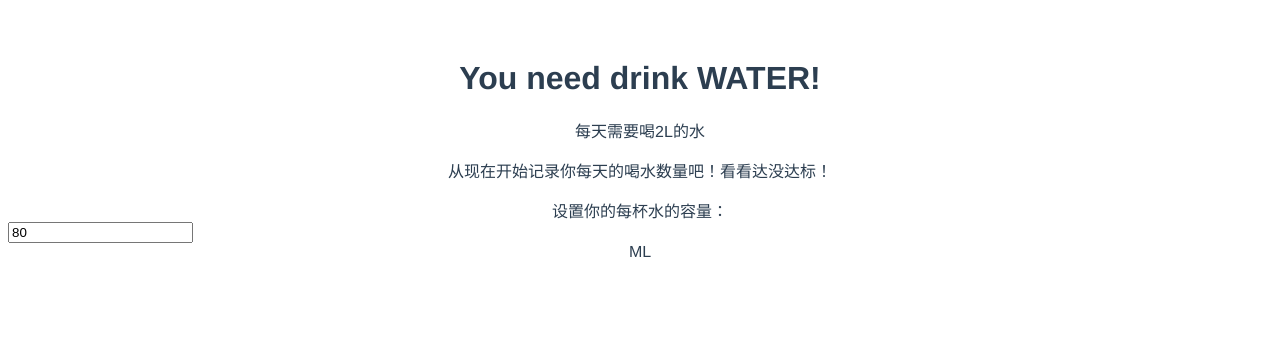
Repository: xuehebinglan/apps.xuehebinglan.com
Page: /drink-water
An editor plug-in stored every save of this project. The page is shown before and after the next save, followed by the edit.
The browser window is 1280 px wide. The pictures show the whole page.
The project was rebuilt for these pictures with package versions that can differ from the ones it lists, and the page was loaded fresh each time. Also part of the build but not shown: src/components/HomePage.vue.

Above is the page before, as saved 2018-06-20 16:23:05.

### index.html
<!DOCTYPE html>
<html>
  <head>
    <meta charset="utf-8">
    <meta name="viewport" content="width=device-width,initial-scale=1.0">
    <title>apps.xuehebinglan.com</title>
  </head>
  <body>
    <div id="app"></div>
    <!-- built files will be auto injected -->
  </body>
</html>

### src/main.js
// The Vue build version to load with the `import` command
// (runtime-only or standalone) has been set in webpack.base.conf with an alias.
import Vue from 'vue'
import { Button, Select, Input } from 'element-ui'
import App from './App'
import router from './router'

Vue.config.productionTip = false
Vue.use(Button)
Vue.use(Select)
Vue.use(Input)

/* eslint-disable no-new */
new Vue({
  el: '#app',
  router,
  components: { App },
  template: '<App/>'
})

### src/router/index.js
import Vue from 'vue'
import Router from 'vue-router'
import HomePage from '@/components/HomePage'
import DrinkWater from '@/components/DrinkWater'

Vue.use(Router)

export default new Router({
  mode: 'history',
  routes: [
    {
      path: '/',
      name: 'HomePage',
      component: HomePage
    },
    {
      path: '/drink-water',
      name: 'DrinkWater',
      component: DrinkWater
    }
  ]
})

### src/components/DrinkWater.vue
<template>
  <div class="drink-water-container">
    <h1>
      {{title}}
    </h1>
    <p>每天需要喝2L的水</p>
    <p>从现在开始记录你每天的喝水数量吧！看看达没达标！</p>
    <div class="cup-capacity">
      <span>设置你的每杯水的容量：</span>
      <el-input v-model="cupCapacity" placeholder="请输入内容" class="cup-capacity-number"></el-input>
      <span>ML</span>
    </div>
  </div>
</template>

<script>
export default {
  name: 'DrinkWater',
  data () {
    return {
      title: 'You need drink WATER!',
      cupCapacity: 80
    }
  }
}
</script>

<!-- Add "scoped" attribute to limit CSS to this component only -->
<style scoped lang="stylus">
.drink-water-container
  .cup-capacity
    .cup-capacity-number
      width 100px
</style>

Loaded but not shown: src/App.vue (common file)

After the next save:
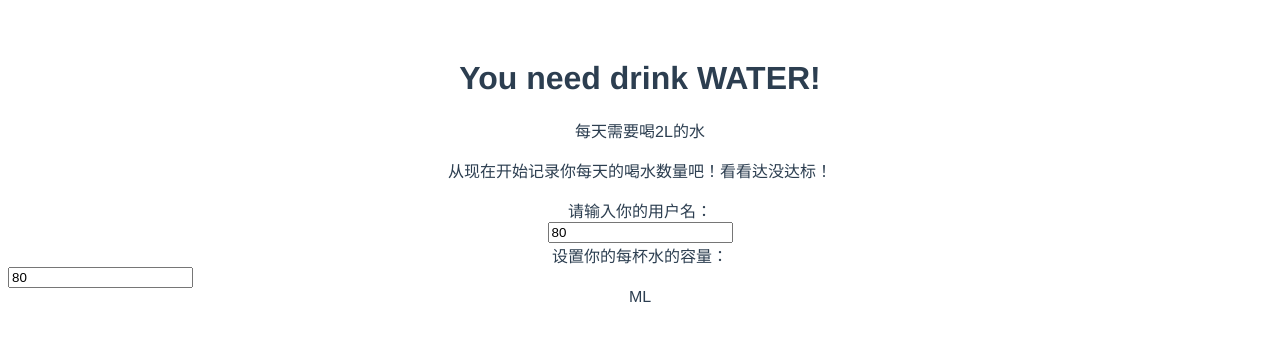
Saved 69 s later.
--- a/src/components/DrinkWater.vue
+++ b/src/components/DrinkWater.vue
@@ -5,6 +5,10 @@
     </h1>
     <p>每天需要喝2L的水</p>
     <p>从现在开始记录你每天的喝水数量吧！看看达没达标！</p>
+    <div class="user-name">
+      <span>请输入你的用户名：</span>
+      <el-input v-model="cupCapacity" placeholder="请输入内容" class="cup-capacity-number"></el-input>
+    </div>
     <div class="cup-capacity">
       <span>设置你的每杯水的容量：</span>
       <el-input v-model="cupCapacity" placeholder="请输入内容" class="cup-capacity-number"></el-input>
